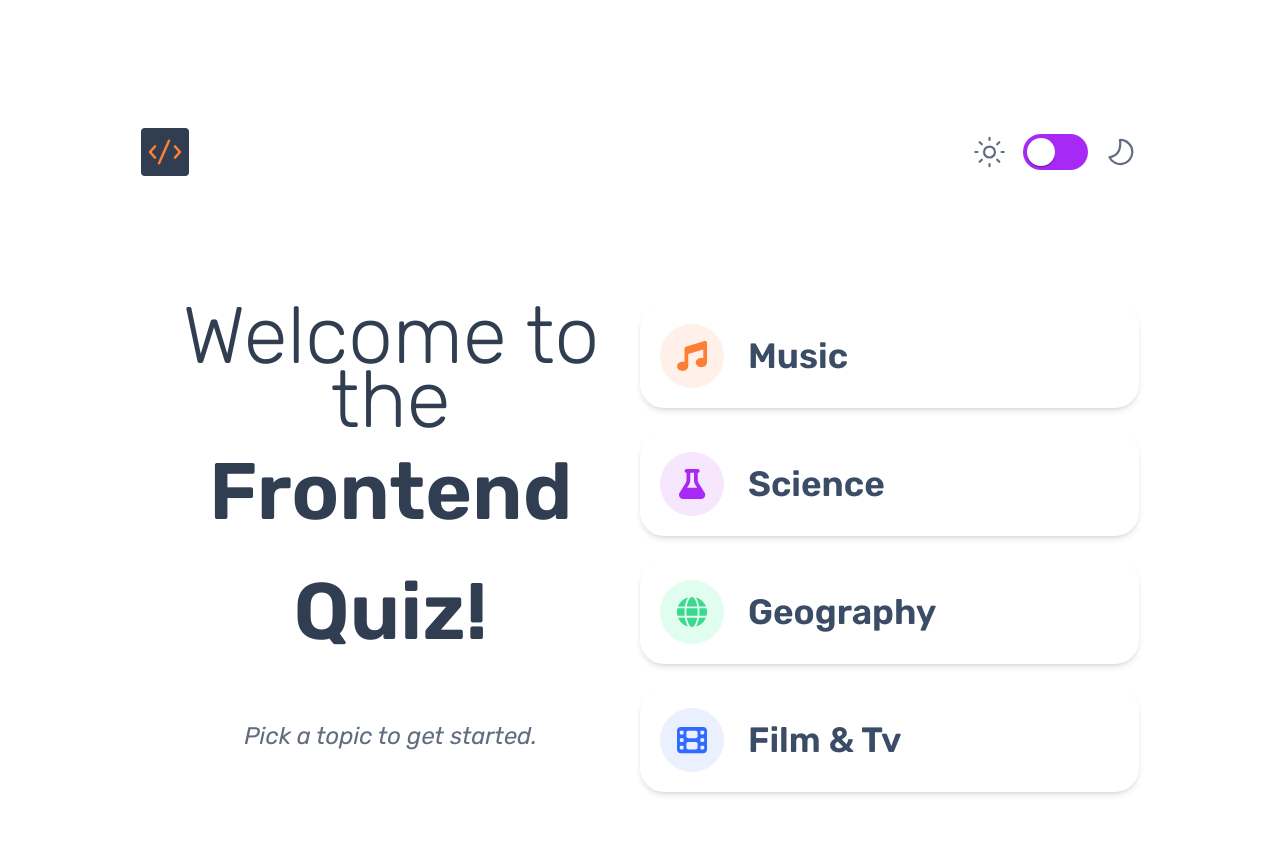
Repository: Shenixo/QuizApp
Page: /game
These files come from the project's save history. The page is drawn as it stood at one moment and after a run of saves; the edit follows.
The browser window is 1280 px wide. The pictures show the whole page.
The page's requests for data from a server got no answer. The project was rebuilt for these pictures with package versions that can differ from the ones it lists, and the page was loaded fresh each time. No one was signed in, and anything a server would have sent is missing. Also part of the build but not shown: vite.config.js, src/Pages/Progress/Progress.jsx.

Above is the page before, as saved 2025-03-31 21:33:39.

### index.html
<!doctype html>
<html lang="en">
  <head>
    <meta charset="UTF-8" />
    <link rel="icon" type="image/svg+xml" href="/vite.svg" />
    <meta name="viewport" content="width=device-width, initial-scale=1.0" />
    <link rel="preconnect" href="https://fonts.googleapis.com">
<link rel="preconnect" href="https://fonts.gstatic.com" crossorigin>
<link href="https://fonts.googleapis.com/css2?family=Rubik:ital,wght@0,300..900;1,300..900&display=swap" rel="stylesheet">
    <title>Quiz App</title>
  </head>
  <body>
    <div id="root"></div>
    <script type="module" src="/src/main.jsx"></script>
  </body>
</html>

### src/main.jsx
import { StrictMode } from "react";
import { createRoot } from "react-dom/client";
import "./index.css";
import App from "./App.jsx";
import Context from "./Store/Context.jsx";
import { QueryClient, QueryClientProvider } from "@tanstack/react-query";
import { BrowserRouter } from "react-router-dom";

const queryClient = new QueryClient();
createRoot(document.getElementById("root")).render(
  <StrictMode>
    <QueryClientProvider client={queryClient}>
      <BrowserRouter>
        <Context>
          <App />
        </Context>
      </BrowserRouter>
    </QueryClientProvider>
  </StrictMode>
);

### src/index.css
@tailwind base;
@tailwind components;
@tailwind utilities;

*{
    padding: 0;
    margin: 0;
    box-sizing: border-box;
    font-family: "Rubik", sans-serif;
}
.dark{
    background: red;
}

### src/App.jsx
import { Route, Routes, useNavigate } from "react-router-dom";
import "./App.css";
import Game from "./Pages/Game/Game"
import { useAppContext } from "./Store/Context";
import Progress from "./Pages/Progress/Progress";

function App() {
  const { isDarkMode } = useAppContext();
  return (
    <div>
      <Routes>
        <Route path="/" element={<Progress/>}/>
        <Route path="/game" element={  <Game />}/>
      </Routes>

    </div>
  );
}

export default App;

### src/Store/Context.jsx
import React from "react";
import axios from "axios";
import { useQuery } from "@tanstack/react-query";
import { useNavigate } from "react-router-dom";

const AppContext = React.createContext({
  isDarkMode: false,
  toggleTheme: () => {},
  data: [],
  isLoading: false,
  isError: false,
});

const Context = ({ children }) => {
  const [isDarkMode, setIsDarkMode] = React.useState(false);
  const toggleTheme = () => {
    setIsDarkMode((prev) => !prev);
  };

  const fetchData = async () => {
    const response = await axios.get(
      "https://the-trivia-api.com/v2/questions",
      {
        params: { limit: 200 },
      }
    );

    return response.data;

    // const uniqueData = Array.from(
    //   new Map(response.data.map((q) => [q.id, q])).values()
    // );
    // return uniqueData;
  };
  const [questions, setQuestions] = React.useState([]);
  const [loading, setLoading] = React.useState(false);
  // isLoading won't work extra logic
  const { data, isLoading, isError } = useQuery({
    queryKey: ["questions"],
    queryFn: fetchData,
    refetchInterval: questions.length < 250 ? 10000 : false,
    enabled: questions.length < 250,
  });
  React.useEffect(() => {
    if (data)
      setQuestions((prev) => {
        const merged = [...prev, ...data];
        const uniqueQuestions = Array.from(
          new Map(merged.map((q) => [q.id, q])).values()
        );
        return uniqueQuestions;
      });
  }, [data]);
  React.useEffect(() => {
    if (questions.length < 250) setLoading(true);
    else setLoading(false);
  }, [questions]);

  console.log(data);

  const ctxValue = {
    isDarkMode,
    toggleTheme,
    data: questions,
    loading,
    isError,
  };

  console.log({ data });
  console.log({ questions });
  console.log(loading);

  return <AppContext.Provider value={ctxValue}>{children}</AppContext.Provider>;
};

export default Context;

export function useAppContext() {
  const context = React.useContext(AppContext);
  if (!context) throw new Error("Context must be used within the provider");
  return context;
}

### src/Pages/Game/Game.jsx
import React, { useEffect } from "react";
import pattern from "/pattern-background-desktop-dark.svg";
import Navbar from "../../Components/Navbar/Navbar";
import { useAppContext } from "../../Store/Context";
import Option from "../../Components/Option/Option";

const Game = () => {
  const { isDarkMode, loading, questions } = useAppContext();


  // useEffect(() => {
  //   const interval = setInterval(() => {
  //     setCount((prevCount) => (loading ? prevCount + 1 : prevCount));
  //     return () => clearInterval(interval);
  //   }, 500);
  // }, [loading]);
  // console.log(loading)
  // console.log({questions})
  return (
    <div className="w-[82%] mx-auto placeholder-stone-200 pt-24 h-[100vh]">
      <Navbar />
      <div className="mb-32" />
      <div className="grid grid-cols-cols w-full">
        <div>
          <h1
            className={` ${
              isDarkMode ? "text-white" : "text-primary"
            } transition-all duration-500 ease-in-out font-thin text-[5rem] leading-[4rem] `}
          >
            Welcome to the
          </h1>
          <h1
            className={`${
              isDarkMode ? "text-white" : "text-primary"
            } transition-all duration-500 ease-in-out  text-[5rem] font-semibold`}
          >
            Frontend Quiz!
          </h1>

          <p className="text-[#626c7f] text-2xl mt-12">
            <i>Pick a topic to get started.</i>
          </p>
        </div>
        <div>
          <Option />
          <div className="mb-16" />
          {/* <progress value={count} max={100} /> */}
        </div>
      </div>
    </div>
  );
};

export default Game;

### src/Components/Navbar/Navbar.jsx
import { styled, Switch } from "@mui/material";
import { useAppContext } from "../../Store/Context";

const Navbar = () => {

  const {isDarkMode, toggleTheme} = useAppContext()
  return (
    <nav className="flex justify-between w-full items-center">
      <div className="flex items-center gap-4">
        <div className="bg-primary rounded p-1">
          <img src="/icon-html.svg" alt="html icon" />
        </div>
      </div>
      <div className="flex gap-4">
        <img
          className="transition-all duration-all ease-in-out"
          src={`/icon-sun-${isDarkMode ? "light" : "dark"}.svg`}
          alt="Dark moon icon"
          width={35}
          height={35}
        />
        <CustomSwitch onChange={toggleTheme} />
        <img
           className="transition-all duration-all ease-in-out"
          src={`/icon-moon-${isDarkMode ? "light" : "dark"}.svg`}
          alt="Dark moon icon"
          width={35}
          height={35}
        />
      </div>
    </nav>
  );
};

export default Navbar;

const CustomSwitch =styled((props) => (
  <Switch  focusVisibleClassName=".Mui-focusVisible"  {...props} />
))(({ theme }) => ({
  width: 65,
  height: 36,
  padding: 0,
  "& .MuiSwitch-switchBase": {
    padding: 1,
    margin: 3,
    transitionDuration: "300ms",
    "&.Mui-checked": {
      transform: "translateX(28px)",
      color: "#fff",
      "& + .MuiSwitch-track": {
        backgroundColor: "#a729f5",
        opacity: 1,
        border: 0,
      },
    },
    "&.Mui-focusVisible .MuiSwitch-thumb": {
      color: "#a729f5",
      border: "8px solid #fff",
    },
    "&.Mui-disabled .MuiSwitch-thumb": {
      color: "#a729f5",
    },
    "&.Mui-disabled + .MuiSwitch-track": {
      opacity: 0.7,
    },
  },
  "& .MuiSwitch-thumb": {
    boxSizing: "border-box",
    width: 28,
    height: 28,
  },
  "& .MuiSwitch-track": {
    borderRadius: 46 / 2,
    backgroundColor: "#a729f5",
    opacity: 1,
    transition: theme.transitions.create(["background-color"], {
      duration: 500,
    }),
  },
}));

### src/Components/Option/Option.jsx
import React from "react";
import { useAppContext } from "../../Store/Context";
import { FontAwesomeIcon } from "@fortawesome/react-fontawesome";
import {
  faMusic,
  faFlask,
  faGlobe,
  faFilm,
} from "@fortawesome/free-solid-svg-icons";

const options = [
  {
    icon: faMusic,
    option: "music",
    color: "text-[#ff7e35]",
    boxColor: "bg-[#fff1e9]",
  }, // Red-Orange
  {
    icon: faFlask,
    option: "science",
    color: "text-[#a729f5]",
    boxColor: "bg-[#f6e7ff]",
  }, // Purple
  {
    icon: faGlobe,
    option: "geography",
    color: "text-[#39da8d]",
    boxColor: "bg-[#e0fdef]",
  }, // Green
  {
    icon: faFilm,
    option: "film & tv",
    color: "text-[#306aff]",
    boxColor: "bg-[#ebf0ff]",
  }, // Blue
];

const Option = () => {
  const { isDarkMode } = useAppContext();
  return (
    <ul className="flex gap-6 flex-col">
      {options.map(({ icon, option, color, boxColor }, idx) => (
        <li
          key={idx}
          className={`
         ${
           isDarkMode
             ? "bg-[#3b4d66] text-white hover:bg-[#4a5e7a]"
             : "bg-white text-[#3b4d66] hover:bg-[#f1f5f9]"
         }
         transition-all duration-300 ease-in-out shadow-md shadow-[rgba(0,0,0,0.1)]
         p-5 rounded-[1.5rem] cursor-pointer capitalize text-[2.2rem] font-semibold flex items-center gap-6
       `}
        >
          <div
            className={`w-16 h-16 flex items-center justify-center rounded-full ${boxColor}`}
          >
            <FontAwesomeIcon
              icon={icon}
              className={`text-3xl ${color}`}
              style={{ strokeWidth: "0.1px" }}
            />
          </div>
          {option}
        </li>
      ))}
    </ul>
  );
};

export default Option;

### tailwind.config.js
/** @type {import('tailwindcss').Config} */
export default {
  content: [
    "./index.html",
    "./src/**/*.{js,ts,jsx,tsx}",
  ],
  theme: {
    extend: {
      gridTemplateColumns: {
        cols: "1fr 1fr"
      },
      colors: {
        primary: "#313e51",
      }
    },
  },
  plugins: [],
}

Loaded but not shown: src/App.css (common file)

After the next 6 saves:
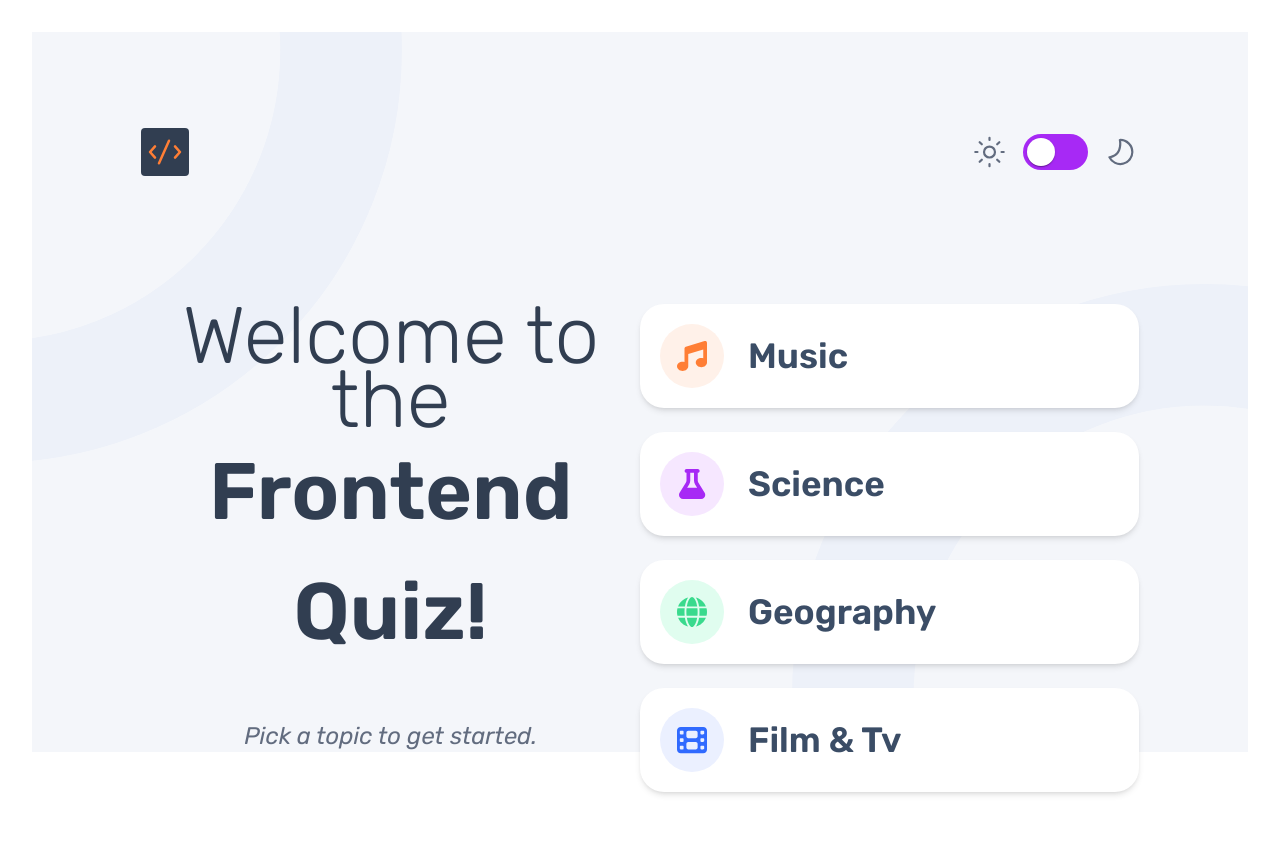
The 6 saves are shown as one change because 2 did not build or start and some came seconds apart.
The last was saved 31 s later.
--- a/src/Pages/Game/Game.jsx
+++ b/src/Pages/Game/Game.jsx
@@ -17,6 +17,16 @@
   // console.log(loading)
   // console.log({questions})
   return (
+<div
+      className={`relative min-h-screen bg-cover bg-center bg-no-repeat w-full transition-all duration-500 ease-in-out ${
+        isDarkMode ? "bg-[#313e51]" : "bg-[#f4f6fa]"
+      } ${
+        isDarkMode
+          ? "bg-[url('/pattern-background-desktop-dark.svg')]"
+          : "bg-[url('/pattern-background-desktop-light.svg')]"
+      }`}
+    >
+
     <div className="w-[82%] mx-auto placeholder-stone-200 pt-24 h-[100vh]">
       <Navbar />
       <div className="mb-32" />
@@ -47,7 +57,9 @@
           {/* <progress value={count} max={100} /> */}
         </div>
       </div>
+      </div>
     </div>
+
   );
 };
 
